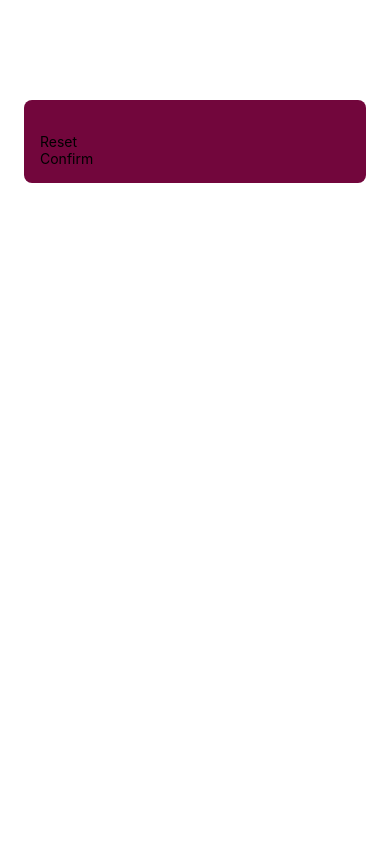
Repository: cobalt88/miniGameApp
Screen: /
An editor plug-in stored every save of this project. The screen is shown before and after the next save, followed by the edit.
The app was drawn by React Native's web renderer in a window 390 px wide. The project was rebuilt for these pictures with package versions that can differ from the ones it lists, and the page was loaded fresh each time.

Above is the screen before, as saved 2023-02-02 16:16:16.

### App.js
import { StatusBar } from "expo-status-bar";
import { StyleSheet, Text, View } from "react-native";
import StartGameScreen from "./screens/StartGameScreen";

export default function App() {
  return <StartGameScreen />;
}

const styles = StyleSheet.create({});

### screens/StartGameScreen.js
import { View, TextInput, StyleSheet } from "react-native";
import PrimaryButton from "../components/PrimaryButton";

function StartGameScreen() {
  return (
    <View style={styles.inputContainer}>
      <TextInput />
      <PrimaryButton>Reset</PrimaryButton>
      <PrimaryButton>Confirm</PrimaryButton>
    </View>
  );
}

export default StartGameScreen;

const styles = StyleSheet.create({
  inputContainer: {
    marginHorizontal: 24,
    borderRadius: 8,
    padding: 16,
    marginTop: 100,
    backgroundColor: "#72063c",
    elevation: 4,
  },
});

### components/PrimaryButton.js
import { View, Text } from "react-native";

function PrimaryButton({ children }) {
  return (
    <View>
      <Text>{children}</Text>
    </View>
  );
}

export default PrimaryButton;

After the next save:
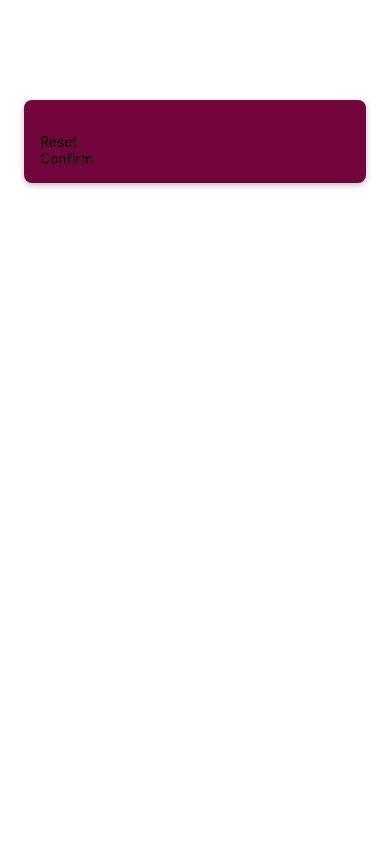
Saved 33 s later.
--- a/screens/StartGameScreen.js
+++ b/screens/StartGameScreen.js
@@ -21,5 +21,9 @@ const styles = StyleSheet.create({
     marginTop: 100,
     backgroundColor: "#72063c",
     elevation: 4,
+    shadowColor: "#000",
+    shadowOffset: { width: 0, height: 2 },
+    shadowOpacity: 0.26,
+    shadowRadius: 6,
   },
 });
